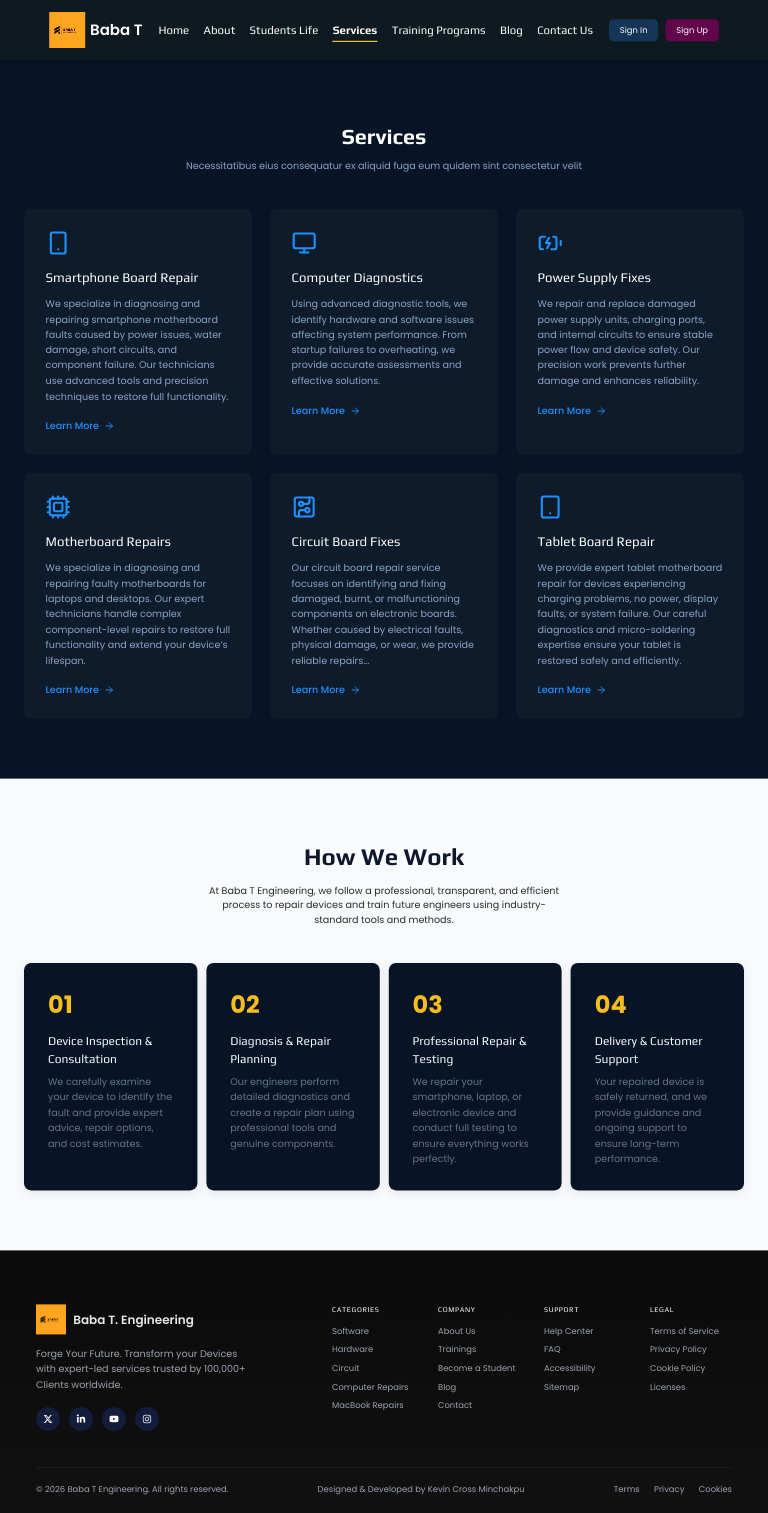
Repository: KC-Minchakpu/babatunde
Page: /services
These files come from the project's save history. The page is drawn as it stood at one moment and after the next save; the edit follows.
The browser window is 1280 px wide. The pictures show the whole page, at 60% of full size.
The project was rebuilt for these pictures with package versions that can differ from the ones it lists, and the page was loaded fresh each time. The framework's server and built-in components were replaced by stand-ins that run in the browser. Also part of the build but not shown: next.config.ts.

Above is the page before, as saved 2026-02-21 13:42:34.

### src/app/layout.tsx
import type { Metadata } from "next";
import { Play, Poppins } from "next/font/google";
import "./globals.css";
import Header from "@/components/Header/Header";
import Footer from "@/components/Footer/Footer";

const play = Play({
  variable: "--font-play",
  subsets: ["latin"],
  weight: ["400", "700"],
});

const poppins = Poppins({
  variable: "--font-poppins",
  subsets: ["latin"],
  weight: ["400", "500", "600", "700"],
});

export const metadata: Metadata = {
  title: "Baba T Engineering",
  description: "Official web app of Baba T Engineering, a leading engineering company specializing in innovative solutions and cutting-edge technology.",
};

export default function RootLayout({
  children,
}: Readonly<{
  children: React.ReactNode;
}>) {
  return (
    <html lang="en">
      <body
        className={`${play.variable} ${poppins.variable} antialiased`}
      >
        <Header />
        {children}
        <Footer />
      </body>
    </html>
  );
}

### src/app/services/page.tsx
import HowWeWork from "@/components/Services/HowWeWork";
import Services from "@/components/Services/Services";

export default function ServicesPage() {
  return (
    <>
    <Services />
    <HowWeWork />
    </>
  );
}

### src/app/globals.css
@import "tailwindcss";

:root {
  --background: #f2fafa;
  --foreground: #1f1e1e;
}

body {
  background: var(--background);
  color: var(--foreground);
  font-family: var(--font-poppins);
}

h1, h2, h3, h4, h5, h6 {
  font-family: var(--font-play);
}

h1 {
  color: red;
  font-size: 35px;
}

### src/components/Header/Header.tsx
"use client";

import Link from "next/link";
import Image from "next/image";
import styles from "./Header.module.css";
import { useState } from "react";
import { usePathname } from "next/navigation";

const Header = () => {
  const [isOpen, setIsOpen] = useState(false);
  const pathname = usePathname();

  const isActive = (path: string) => pathname === path;
  const isAboutActive = () => pathname.startsWith("/about");

  return (
    <header className={styles.header}>
      <div className={styles.container}>
        {/* Logo */}
        <div className={styles.logo}>
          <Link href="/">
            <Image
              src="/images/logo23.png"
              alt="Baba T Logo"
              width={60}
              height={60}
            />
          </Link>
          <span className={styles.logoText}>Baba T</span>
        </div>

        {/* Navigation */}
        <nav className={styles.nav}>
          <Link
            href="/"
            className={isActive("/") ? styles.active : ""}
          >
            Home
          </Link>

          <div
            className={styles.dropdown}
            onMouseEnter={() => setIsOpen(true)}
            onMouseLeave={() => setIsOpen(false)}
          >
            <Link
              href="/about"
              className={`${styles.dropdownToggle} ${
                isAboutActive() ? styles.active : ""
              }`}
            >
              About
            </Link>

            {isOpen && (
              <div className={styles.dropdownMenu}>
                <Link href="/about/history" className={isActive("/about/history") ? styles.active : ""}>
                  Our History
                </Link>
                <Link
                  href="/about/team"
                  className={
                    isActive("/about/team") ? styles.active : ""
                  }
                >
                  Our Team
                </Link>
                <Link href="/about/mission" className={isActive("/about/mission") ? styles.active : ""}>
                  Mission & Vision
                </Link>
                <Link href="/about/values" className={isActive("/about/values") ? styles.active : ""}>
                  Core Values
                </Link>
                <Link href="/about/careers" className={isActive("/about/careers") ? styles.active : ""}>
                  Careers
                </Link>
              </div>
            )}
          </div>

          <Link
            href="/students-life"
            className={
              isActive("/students-life") ? styles.active : ""
            }
          >
            Students Life
          </Link>

          <Link
            href="/services"
            className={isActive("/services") ? styles.active : ""}
          >
            Services
          </Link>

          <Link
            href="/training-programs"
            className={
              isActive("/training-programs") ? styles.active : ""
            }
          >
            Training Programs
          </Link>

          <Link
            href="/blog"
            className={isActive("/blog") ? styles.active : ""}
          >
            Blog
          </Link>

          <Link
            href="/contact"
            className={isActive("/contact") ? styles.active : ""}
          >
            Contact Us
          </Link>
        </nav>

        {/* Auth Buttons */}
        <div className={styles.actions}>
          <button className={styles.signIn}>Sign In</button>
          <button className={styles.signUp}>Sign Up</button>
        </div>
      </div>
    </header>
  );
};

export default Header;

### src/components/Footer/Footer.tsx
"use client";

import Image from "next/image";
import styles from "./Footer.module.css";
import {
  FaXTwitter,
  FaLinkedinIn,
  FaYoutube,
  FaInstagram
} from "react-icons/fa6";

export default function Footer() {
  return (
    <footer className={styles.footer}>
      <div className={styles.container}>
        <div className={styles.topSection}>

          {/* LEFT BRAND AREA */}
          <div className={styles.brand}>
            <div className={styles.logo}>
              <Image
                src="/images/logo23.png"
                alt="Baba T Logo"
                width={50}
                height={50}
              />
              <span>Baba T. Engineering</span>
            </div>

            <p>
              Forge Your Future. Transform your Devices with expert-led services
              trusted by 100,000+ Clients worldwide.
            </p>

            {/* SOCIAL ICONS */}
            <div className={styles.socials}>
              <a href="#" aria-label="Twitter">
                <FaXTwitter />
              </a>
              <a href="#" aria-label="LinkedIn">
                <FaLinkedinIn />
              </a>
              <a href="#" aria-label="YouTube">
                <FaYoutube />
              </a>
              <a href="#" aria-label="Instagram">
                <FaInstagram />
              </a>
            </div>
          </div>

          {/* LINKS GRID */}
          <div className={styles.linksGrid}>
            <div>
              <h4>CATEGORIES</h4>
              <a>Software</a>
              <a>Hardware</a>
              <a>Circuit</a>
              <a>Computer Repairs</a>
              <a>MacBook Repairs</a>
            </div>

            <div>
              <h4>COMPANY</h4>
              <a>About Us</a>
              <a>Trainings</a>
              <a>Become a Student</a>
              <a>Blog</a>
              <a>Contact</a>
            </div>

            <div>
              <h4>SUPPORT</h4>
              <a>Help Center</a>
              <a>FAQ</a>
              <a>Accessibility</a>
              <a>Sitemap</a>
            </div>

            <div>
              <h4>LEGAL</h4>
              <a>Terms of Service</a>
              <a>Privacy Policy</a>
              <a>Cookie Policy</a>
              <a>Licenses</a>
            </div>
          </div>
        </div>

        <div className={styles.divider}></div>

        <div className={styles.bottomBar}>
          <p>© 2026 Baba T Engineering. All rights reserved.</p>
          <p>Designed & Developed by Kevin Cross Minchakpu</p>

          <div className={styles.bottomLinks}>
            <a>Terms</a>
            <a>Privacy</a>
            <a>Cookies</a>
          </div>
        </div>
      </div>
    </footer>
  );
}

### src/components/Services/HowWeWork.tsx
import styles from "./HowWeWork.module.css";

export default function HowWeWork() {
  return (
    <section className={styles.section}>
      <div className={styles.container}>
        <div className={styles.header}>
          <h2>How We Work</h2>
          <p>
            At Baba T Engineering, we follow a professional, transparent,
            and efficient process to repair devices and train future engineers
            using industry-standard tools and methods.
          </p>

        </div>
        <div className={styles.grid}>
          <div className={styles.card}>
            <span className={styles.number}>01</span>
            <h3>Device Inspection & Consultation</h3>
            <p>
              We carefully examine your device to identify the fault and
              provide expert advice, repair options, and cost estimates.
            </p>

          </div>
          <div className={styles.card}>
            <span className={styles.number}>02</span>
            <h3>Diagnosis & Repair Planning</h3>
            <p>
              Our engineers perform detailed diagnostics and create a repair
              plan using professional tools and genuine components.
            </p>

          </div>
          <div className={styles.card}>
            <span className={styles.number}>03</span>
            <h3>Professional Repair & Testing</h3>
            <p>
              We repair your smartphone, laptop, or electronic device and
              conduct full testing to ensure everything works perfectly.
            </p>
          </div>
          <div className={styles.card}>
            <span className={styles.number}>04</span>
            <h3>Delivery & Customer Support</h3>
            <p>
              Your repaired device is safely returned, and we provide guidance
              and ongoing support to ensure long-term performance.
            </p>
          </div>
        </div>
      </div>
    </section>
  );
}

### src/components/Services/Services.tsx
"use client";

import styles from "./Services.module.css";
import {
  Smartphone,
  Monitor,
  BatteryCharging,
  Cpu,
  CircuitBoard,
  Tablet,
  ArrowRight,
} from "lucide-react";

const services = [
  {
    title: "Smartphone Board Repair",
    description:
      "We specialize in diagnosing and repairing smartphone motherboard faults caused by power issues, water damage, short circuits, and component failure. Our technicians use advanced tools and precision techniques to restore full functionality.",
    icon: Smartphone,
  },
  {
    title: "Computer Diagnostics",
    description:
      "Using advanced diagnostic tools, we identify hardware and software issues affecting system performance. From startup failures to overheating, we provide accurate assessments and effective solutions.",
    icon: Monitor,
  },
  {
    title: "Power Supply Fixes",
    description:
      "We repair and replace damaged power supply units, charging ports, and internal circuits to ensure stable power flow and device safety. Our precision work prevents further damage and enhances reliability.",
    icon: BatteryCharging,
  },
  {
    title: "Motherboard Repairs",
    description:
      "We specialize in diagnosing and repairing faulty motherboards for laptops and desktops. Our expert technicians handle complex component-level repairs to restore full functionality and extend your device’s lifespan.",
    icon: Cpu,
  },
  {
    title: "Circuit Board Fixes",
    description:
      "Our circuit board repair service focuses on identifying and fixing damaged, burnt, or malfunctioning components on electronic boards. Whether caused by electrical faults, physical damage, or wear, we provide reliable repairs...",
    icon: CircuitBoard,
  },
  {
    title: "Tablet Board Repair",
    description:
      "We provide expert tablet motherboard repair for devices experiencing charging problems, no power, display faults, or system failure. Our careful diagnostics and micro-soldering expertise ensure your tablet is restored safely and efficiently.",
    icon: Tablet,
  },
];

export default function Services() {
  return (
    <section className={styles.services}>
      <div className={styles.container}>
        <h2 className={styles.title}>Services</h2>

        <p className={styles.subtitle}>
          Necessitatibus eius consequatur ex aliquid fuga eum quidem sint
          consectetur velit
        </p>

        <div className={styles.grid}>
          {services.map((service, index) => {
            const Icon = service.icon;

            return (
              <div key={index} className={styles.card}>
                <Icon className={styles.icon} size={42} />

                <h3>{service.title}</h3>

                <p>{service.description}</p>

                <a href="#" className={styles.link}>
                  Learn More <ArrowRight size={18} />
                </a>
              </div>
            );
          })}
        </div>
      </div>
    </section>
  );
}

### src/components/Header/Header.module.css
.header {
  width: 100%;
  height: 100px;
  background: #0F1A20;
  padding: 20px;
  position: sticky;
  top: 0;
  z-index: 1000;
}

.container {
  width: 90%;
  margin: 0 auto;
  display: flex;
  align-items: center;
  justify-content: space-between;
}

/* Logo */
.logo {
  display: flex;
  align-items: center;
  gap: 8px;
  cursor: pointer;
}

.logoCircle {
  width: 40px;
  height: 40px;
  border-radius: 50%;
  background: linear-gradient(135deg, #8e2de2, #4a00e0);
  display: flex;
  align-items: center;
  justify-content: center;
  color: white;
  font-weight: bold;
}

.logoText {
  font-size: 25px;
  font-weight: 600;
  color: #ffffff;
  font-family: "Poppins", sans-serif;
}

/* Nav */
.nav {
  display: flex;
  align-items: center;
  gap: 24px;
  font-family: 'Play', sans-serif;

}

.nav a,
.dropdownToggle {
  color: #ffffff;
  text-decoration: none;
  font-size: 19px;
  cursor: pointer;
  position: relative;
  transition: color 0.3s ease;
}

.nav a:hover,
.dropdownToggle:hover {
  color: #FFD23F;
}

/* Dropdown */
.dropdown {
  position: relative;
}

.dropdownMenu {
  position: absolute;
  width: 250px;
  top: 35px;
  left: 0;
  background: #0F1A20;
  border-radius: 8px;
  padding: 10px 0;
  min-width: 180px;
  box-shadow: 0 10px 25px rgba(0, 0, 0, 0.15);
  display: flex;
  flex-direction: column;
}

.dropdownMenu a {
  padding: 10px 16px;
  color: #ffffff;
  font-size: 19px;
  text-decoration: none;
  transition: background 0.2s ease;
}

.dropdownMenu a:hover {
  color: #FFD23F;
}

/* Buttons */
.actions {
  display: flex;
  gap: 12px;
}

.signIn {
  padding: 8px 18px;
  border-radius: 8px;
  border: none;
  cursor: pointer;
  color: white;
  background: #143458;
  font-size: 14px;
}

.signUp {
  padding: 8px 18px;
  border-radius: 8px;
  border: none;
  cursor: pointer;
  color: white;
  background: #63054b;
  font-size: 14px;
}

/* Responsive */
@media (max-width: 1024px) {
  .nav {
    display: none;
  }
}

.active {
  color: #f1b32b;
  font-weight: 600;
  position: relative;
}

.active::after {
  content: "";
  position: absolute;
  left: 0;
  bottom: -6px;
  width: 100%;
  height: 2px;
  background-color: #e9c03a;
}

### src/components/Footer/Footer.module.css
.footer {
  background: linear-gradient(
    180deg,
    #0a0a0a,
    #111111
  );
  color: #e5e7eb;
  padding: 90px 0 30px;
}

.container {
  max-width: 1200px;
  margin: 0 auto;
  padding: 0 20px;
}

/* TOP SECTION */
.topSection {
  display: flex;
  justify-content: space-between;
  gap: 60px;
}

/* BRAND */
.brand {
  flex: 1.3;
}

.logo {
  display: flex;
  align-items: center;
  gap: 12px;
  font-weight: 600;
  font-size: 20px;
  margin-bottom: 20px;
}

.logoBox {
  width: 34px;
  height: 34px;
  border-radius: 10px;
  background: linear-gradient(135deg, #14b8a6, #f97316);
}

.brand p {
  color: #9ca3af;
  line-height: 1.6;
  margin-bottom: 24px;
  max-width: 350px;
}

/* =========================
   SOCIAL ICONS
========================= */
.socials {
  display: flex;
  gap: 15px;
  margin-top: 20px;
}

.socials a {
  width: 40px;
  height: 40px;
  background: #121c3b;
  border-radius: 50%;
  display: flex;
  align-items: center;
  justify-content: center;
  color: #ffffff;
  font-size: 16px;
  transition: all 0.3s ease;
}

.socials a:hover {
  background: #f8af28;
  transform: translateY(-4px);
}


/* LINKS GRID */
.linksGrid {
  flex: 2;
  display: grid;
  grid-template-columns: repeat(4, 1fr);
  gap: 40px;
}

.linksGrid h4 {
  font-size: 12px;
  letter-spacing: 1px;
  margin-bottom: 16px;
  color: #ffffff;
}

.linksGrid a {
  display: block;
  font-size: 14px;
  color: #9ca3af;
  margin-bottom: 10px;
  cursor: pointer;
  transition: color 0.3s ease;
}

.linksGrid a:hover {
  color: #ffffff;
}

/* DIVIDER */
.divider {
  height: 1px;
  background: rgba(255, 255, 255, 0.08);
  margin: 60px 0 25px;
}

/* BOTTOM BAR */
.bottomBar {
  display: flex;
  justify-content: space-between;
  align-items: center;
  font-size: 14px;
  color: #9ca3af;
}

.bottomLinks {
  display: flex;
  gap: 24px;
}

.bottomLinks a {
  cursor: pointer;
  transition: color 0.3s ease;
}

.bottomLinks a:hover {
  color: white;
}

/* RESPONSIVE */
@media (max-width: 1024px) {
  .topSection {
    flex-direction: column;
    gap: 50px;
  }

  .linksGrid {
    grid-template-columns: repeat(2, 1fr);
  }

  .bottomBar {
    flex-direction: column;
    gap: 15px;
    text-align: center;
  }
}

@media (max-width: 600px) {
  .linksGrid {
    grid-template-columns: 1fr;
  }
}

### src/components/Services/HowWeWork.module.css
.section {
padding: 100px 20px;
background: #f8fafc;

}


.container {
max-width: 1200px;
margin: auto;

}


.header {
text-align: center;
margin-bottom: 60px;
}


.header h2 {
font-size: 40px;
font-weight: bold;
color: #0f172a;
margin-bottom: 15px;
}


.header p {
color: #2b2c2c;
font-size: 1rem;
max-width: 600px;
margin: auto;
}



.grid {
display: grid;
grid-template-columns: repeat(auto-fit, minmax(280px, 1fr));
gap: 15px;
}

.card {
background: #071426;
padding: 40px;
border-radius: 12px;
box-shadow: 0 5px 20px rgba(0,0,0,0.08);
transition: 0.3s;
}


.card:hover {
transform: translateY(-8px);
}


.number {
font-size: 40px;
font-weight: bold;
color: #f7bd1f;
display: block;
margin-bottom: 15px;
}


.card h3 {
font-size: 20px;
margin-bottom: 10px;
color: #f8fafc;
}


.card p {
color: #64748b;
line-height: 1.6;
}

### src/components/Services/Services.module.css
.services {
  background: #071426;
  padding: 100px 20px;
  color: white;
}

.container {
  max-width: 1200px;
  margin: auto;
  text-align: center;
}

.title {
  font-size: 36px;
  font-weight: 700;
  margin-bottom: 10px;
}

.subtitle {
  color: #8ca3c7;
  margin-bottom: 60px;
}

.grid {
  display: grid;
  grid-template-columns: repeat(auto-fit, minmax(320px, 1fr));
  gap: 30px;
}

.card {
  background: #0d1b2a;
  padding: 35px;
  border-radius: 12px;
  text-align: left;

  transition: all 0.3s ease;

  border: 1px solid transparent;
}

.card:hover {
  transform: translateY(-8px);
  border-color: #1e90ff;
}

.icon {
  color: #1e90ff;
  margin-bottom: 20px;

}

.card h3 {
  margin-bottom: 15px;
  font-size: 22px;
}

.card p {
  color: #8ca3c7;
  margin-bottom: 25px;
  line-height: 1.6;
}

.link {
  display: inline-flex;
  align-items: center;
  gap: 8px;

  color: #1e90ff;
  text-decoration: none;
  font-weight: 500;
}

.link:hover {
  text-decoration: underline;
}

After the next save:
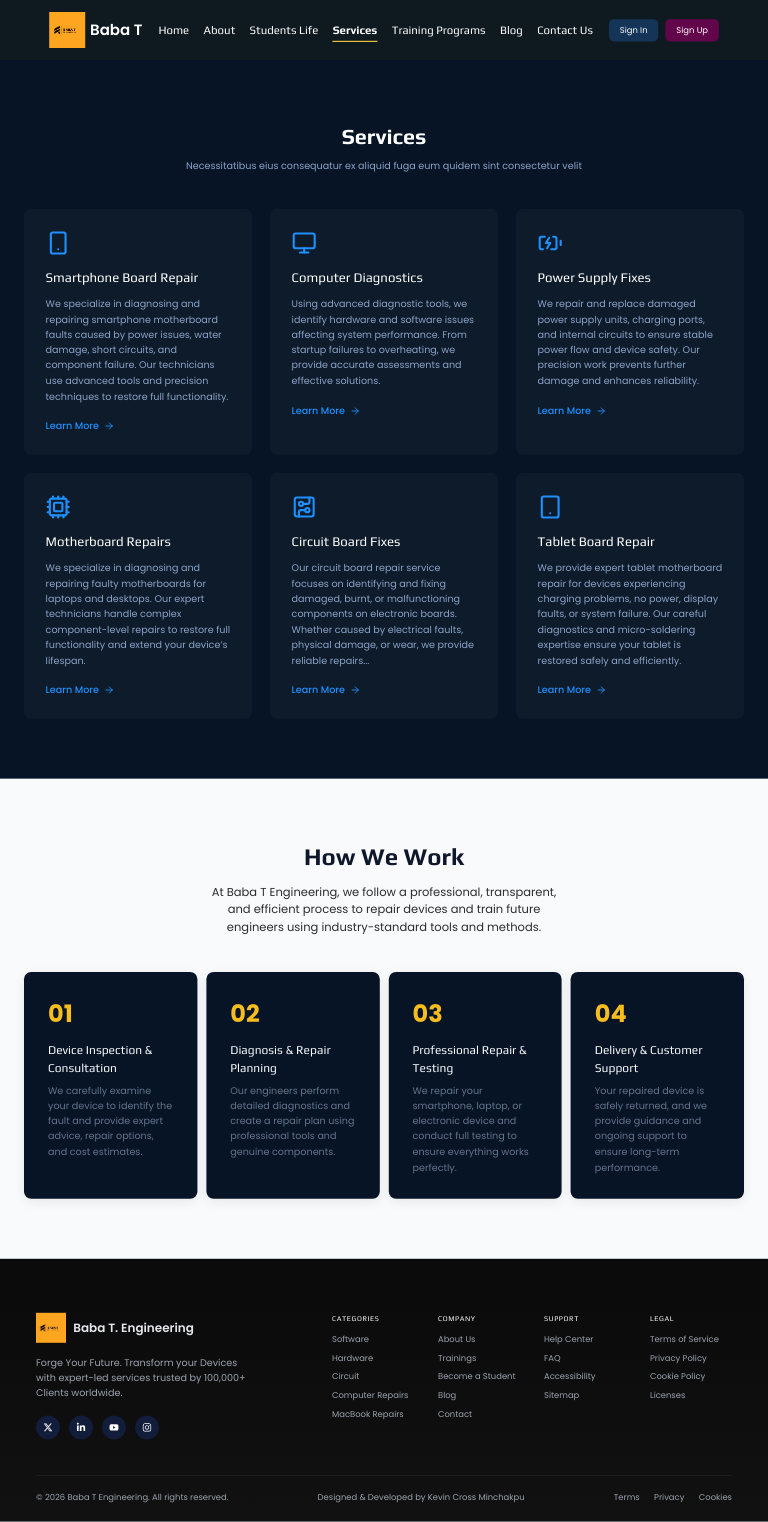
Saved 14 s later.
--- a/src/components/Services/HowWeWork.module.css
+++ b/src/components/Services/HowWeWork.module.css
@@ -28,7 +28,7 @@
 
 .header p {
 color: #2b2c2c;
-font-size: 1rem;
+font-size: 1.2rem;
 max-width: 600px;
 margin: auto;
 }

After the save that followed:
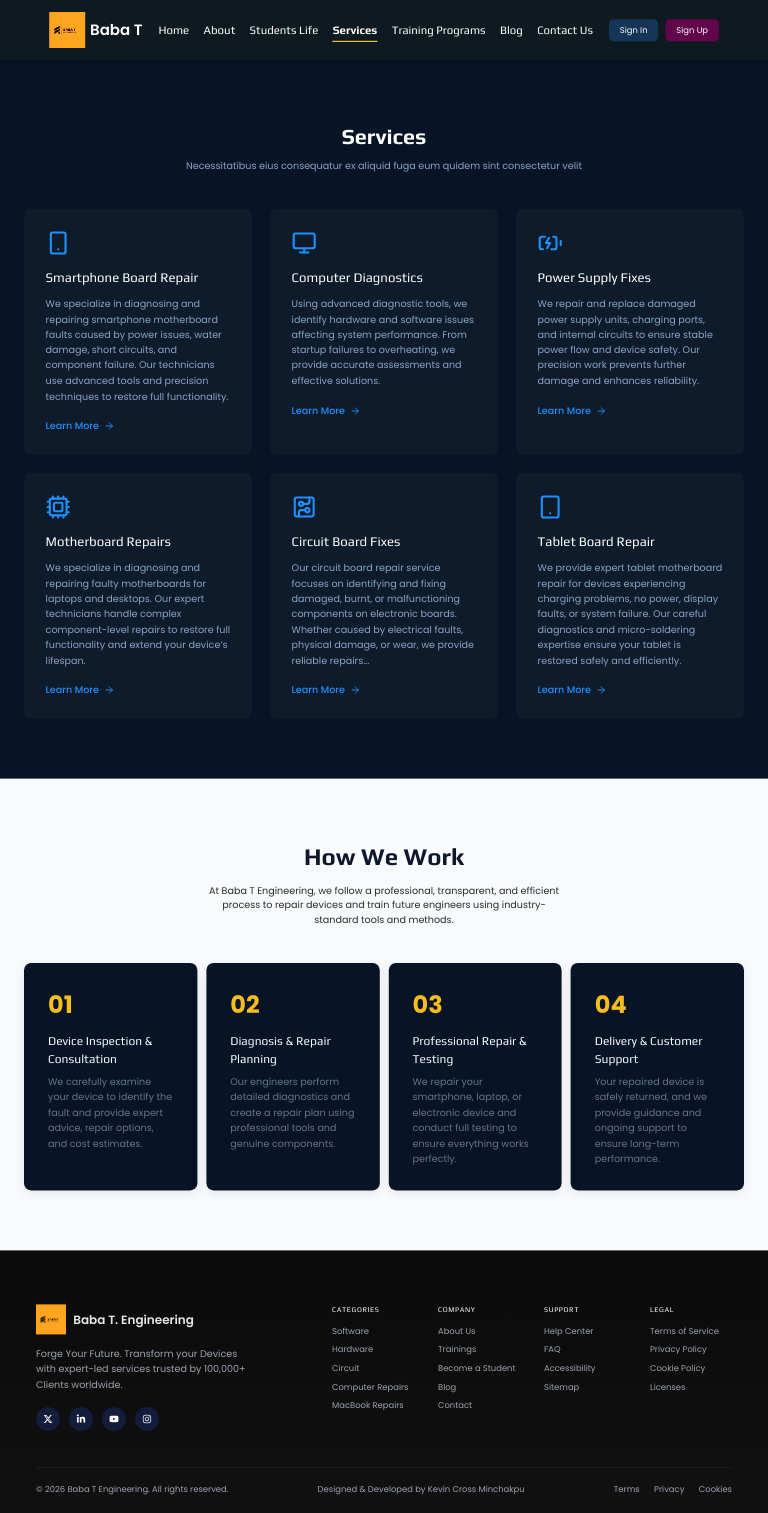
Saved 10 s later.
--- a/src/components/Services/HowWeWork.module.css
+++ b/src/components/Services/HowWeWork.module.css
@@ -28,7 +28,7 @@
 
 .header p {
 color: #2b2c2c;
-font-size: 1.2rem;
+font-size: 1rem;
 max-width: 600px;
 margin: auto;
 }
